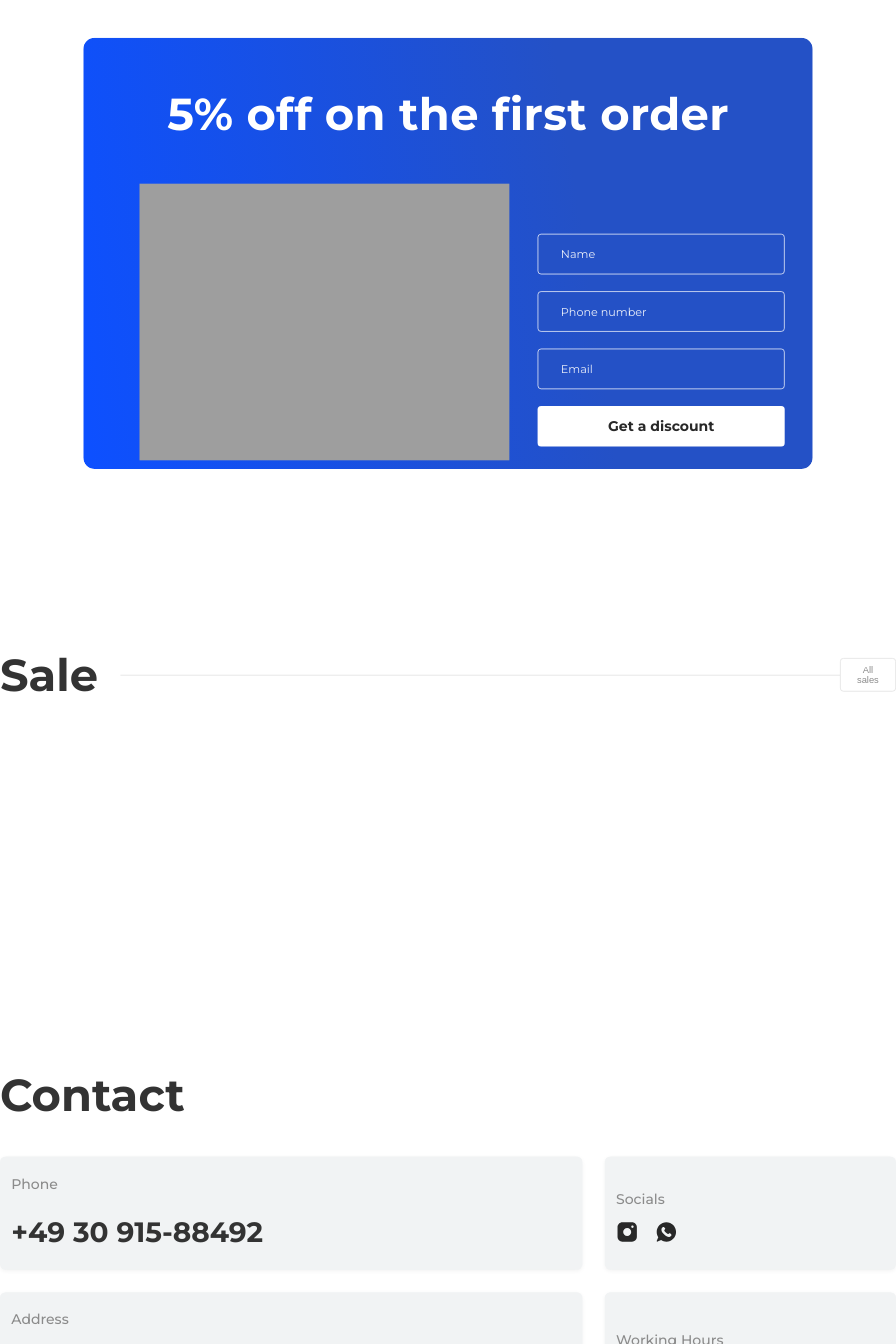
Repository: jursylian/PET-INTERNET-SHOP-PROJECT
Page: /
An editor plug-in stored every save of this project. The page is shown before and after the next save, followed by the edit.
The browser window is 1280 px wide. The pictures show the part of the page from y = 1480 to 3400 px (the page is 3940 px tall before and 3924 px after), at 70% of full size.
Pictures or frames that could not be fetched are drawn as grey boxes. The page's requests for data from a server got no answer. The project was rebuilt for these pictures with package versions that can differ from the ones it lists, and the page was loaded fresh each time. No one was signed in, and anything a server would have sent is missing. Also part of the build but not shown: vite.config.js, src/pages/CategoriesAll/CategoriesAll.module.css, src/layouts/PageSection/PageSection.module.css, src/layouts/PageSection/PageSection.jsx, src/pages/CategoriesAll/CategoriesAll.jsx, src/redux/productsSelectors.js, src/components/ProductFilter/ProductFilter.module.css, src/components/ProductFilter/ProductFilter.jsx and 22 more.

Above is the page before, as saved 2025-11-06 18:29:33.

After the next save:
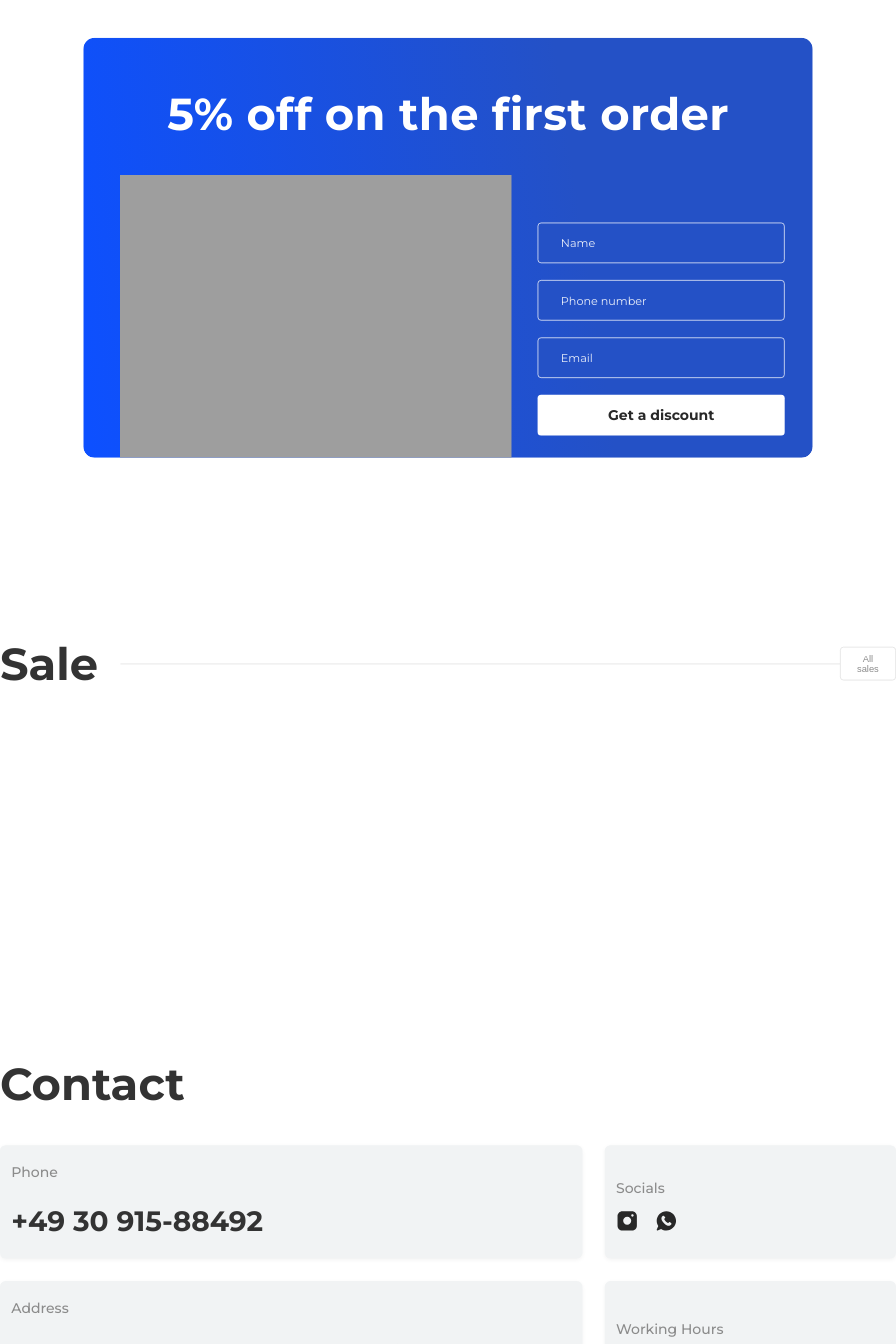
Saved 16 s later.
--- a/src/components/DiscountForm/DiscountForm.module.css
+++ b/src/components/DiscountForm/DiscountForm.module.css
@@ -42,11 +42,12 @@
 }
 
 .animals {
-  width: 100%;
+  width: 110%;
   max-width: none;
   height: 420px;
   object-fit: contain;
-  margin-bottom: -8;
+  margin-bottom: -16px; /* прижимает к низу */
+  transform: translateX(-5%); /* чуть сдвигаем влево для визуального баланса */
 }
 
 .form {
